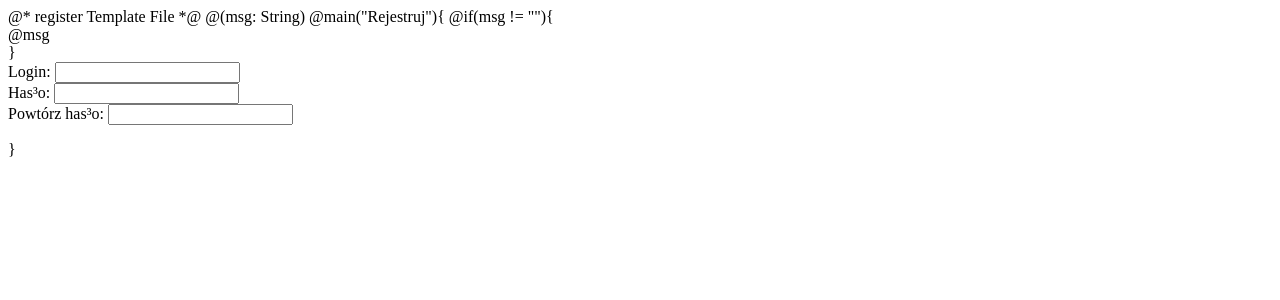
Repository: nokia-wroclaw/innovativeproject-surveys
Page: web-app/app/views/register.scala.html
An editor plug-in stored every save of this project. The page is shown before and after the next save, followed by the edit.
The browser window is 1280 px wide. The pictures show the whole page.

Above is the page before, as saved 2016-10-26 19:16:42.

### web-app/app/views/register.scala.html
@* register Template File *@
@(msg: String)
@main("Rejestruj"){
	@if(msg != ""){
		<div class="error">@msg</div>
	}
	<form method="POST" action="register">
		Login: <input type="text" name="login"><br>
		Has³o: <input type="text" name="password"><br>
		Powtórz has³o: <input type="text" name="rePassword"><br>
	</form>
}

After the next save:
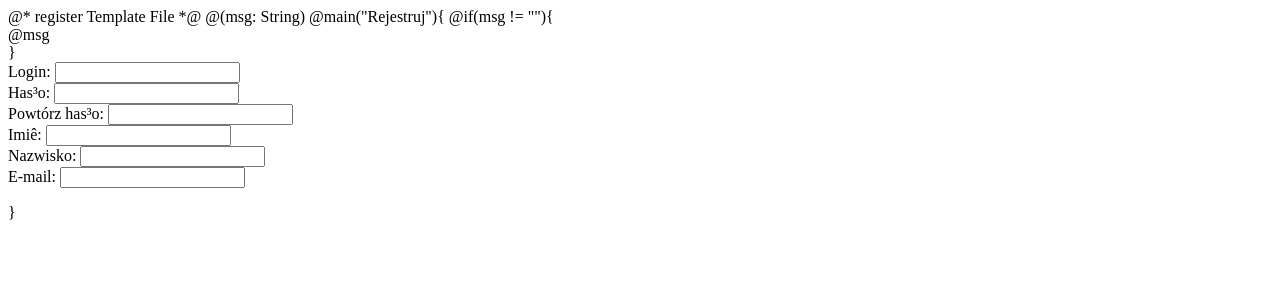
Saved 71 s later.
--- a/web-app/app/views/register.scala.html
+++ b/web-app/app/views/register.scala.html
@@ -8,5 +8,8 @@
 		Login: <input type="text" name="login"><br>
 		Has³o: <input type="text" name="password"><br>
 		Powtórz has³o: <input type="text" name="rePassword"><br>
+		Imiê: <input type="text" name="password"><br>
+		Nazwisko: <input type="text" name="password"><br>
+		E-mail: <input type="email" name="email"><br>
 	</form>
 }
